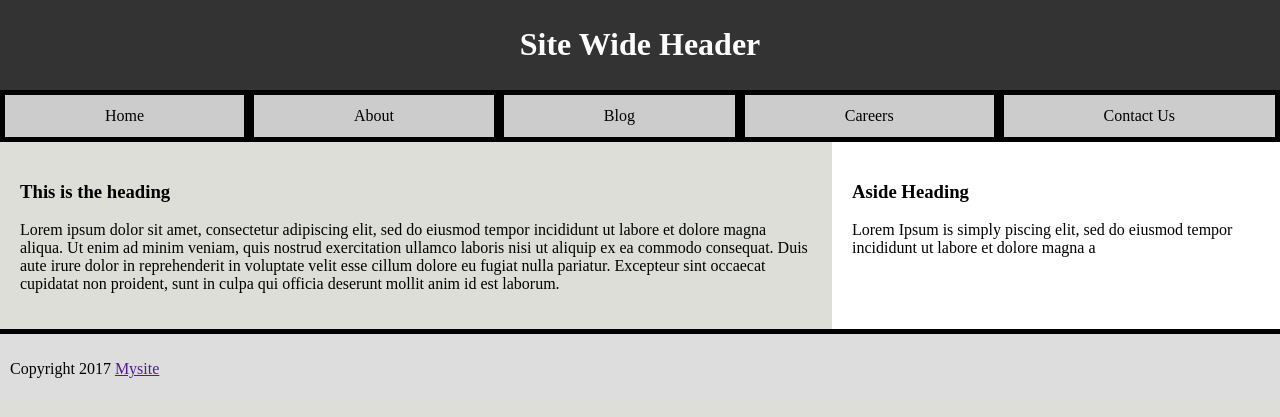
Repository: ayeza-baseer/AssignmentFlexbox
Page: assignment.html
The author's editor kept a copy of each file at every save. The page is drawn from the files as they stood at one save, then again after the next save.
The browser window is 1280 px wide. The pictures show the whole page.

Above is the page before, as saved 2023-03-17 16:41:42.

### assignment.html
<!DOCTYPE html>
<html lang="en">
<head>
    <title>Assignment</title>
    <link rel="stylesheet" href="assignment.css">


</head>
<body>
<div class="main-class">
    <header class="header"><h1>
        Site Wide Header
    </h1></header>
    <div class="navbar">
        <a href="#">Home</a>
        <a href="#">About</a>
        <a href="#">Blog</a>
        <a href="#">Careers</a>
        <a href="#">Contact Us</a>
      </div>
    <div class="row">
      <div class="main">
        <h3>This is the heading</h3>
        <p>Lorem ipsum dolor sit amet, consectetur adipiscing elit, sed do eiusmod tempor incididunt ut labore et dolore magna aliqua. Ut enim ad minim veniam, quis nostrud exercitation ullamco laboris nisi ut aliquip ex ea commodo consequat. Duis aute irure dolor in reprehenderit in voluptate velit esse cillum dolore eu fugiat nulla pariatur. Excepteur sint occaecat cupidatat non proident, sunt in culpa qui officia deserunt mollit anim id est laborum.</p>
      </div>
      <div class="aside">
        <h3>Aside Heading</h3>
        <p>Lorem Ipsum is simply  piscing elit, sed do eiusmod tempor incididunt ut labore et dolore magna a</p>
      </div>
    </div>


</div>



<footer class="footer">
    <p>Copyright 2017 <a href> Mysite</a></p>
</footer>

</body>
</html>

### assignment.css
.header {
    padding: 5px;
    background-color: #333;
    color: #ccc;

    text-align: center;

    color: white;
  }

  body {
    margin: 0;
    background-color: #deded8;
    display: flex;
    flex-direction:column;
  }

  .navbar {
    display: flex;
    background-color: black;
  }

  .navbar a {
    color: black;

    background-color: #ccc;
    padding: 12px 12px;
    text-decoration: none;
    text-align: center;
    flex-grow: 1;
    border: 5px solid black;
  }

  .navbar a:hover {
    color: red;
    border: 5px solid red;
  }

  .row {
    display: flex;
    flex-wrap:wrap;

  }

  .row > .aside {
      flex:30%;
    background-color: white;

    padding: 20px;
  }

  /* Main column */
  .row >.main {
     flex:60%;
    padding: 20px;
  }

  .footer {

      padding: 10px;
      border-top: 5px solid black;
      background: #ddd;
    }




    @media  screen and (max-width: 700px) {
      .row > .aside {
          flex:1 1 100%
        }
        .row >.main {
          flex:1 1 100%;
          padding: 20px;
        }
        /* .navbar{
          display: none;
        } */
    }

    @media screen and (min-width: 421px) {
      .navbar{
          order:1
        }
    }

After the next save:
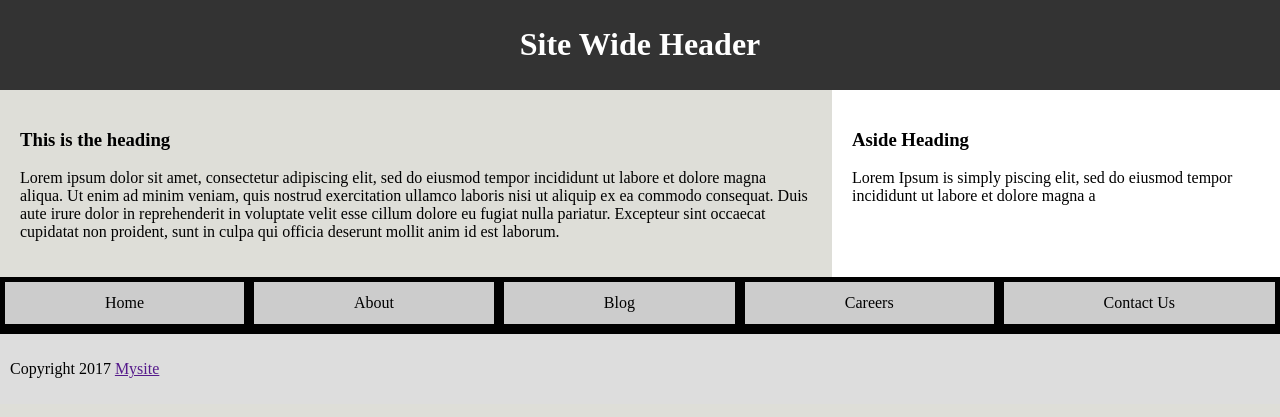
Saved 27 s later.
--- a/assignment.css
+++ b/assignment.css
@@ -11,10 +11,12 @@
   body {
     margin: 0;
     background-color: #deded8;
+
+  }
+  .main-class{
     display: flex;
     flex-direction:column;
   }
-
   .navbar {
     display: flex;
     background-color: black;
